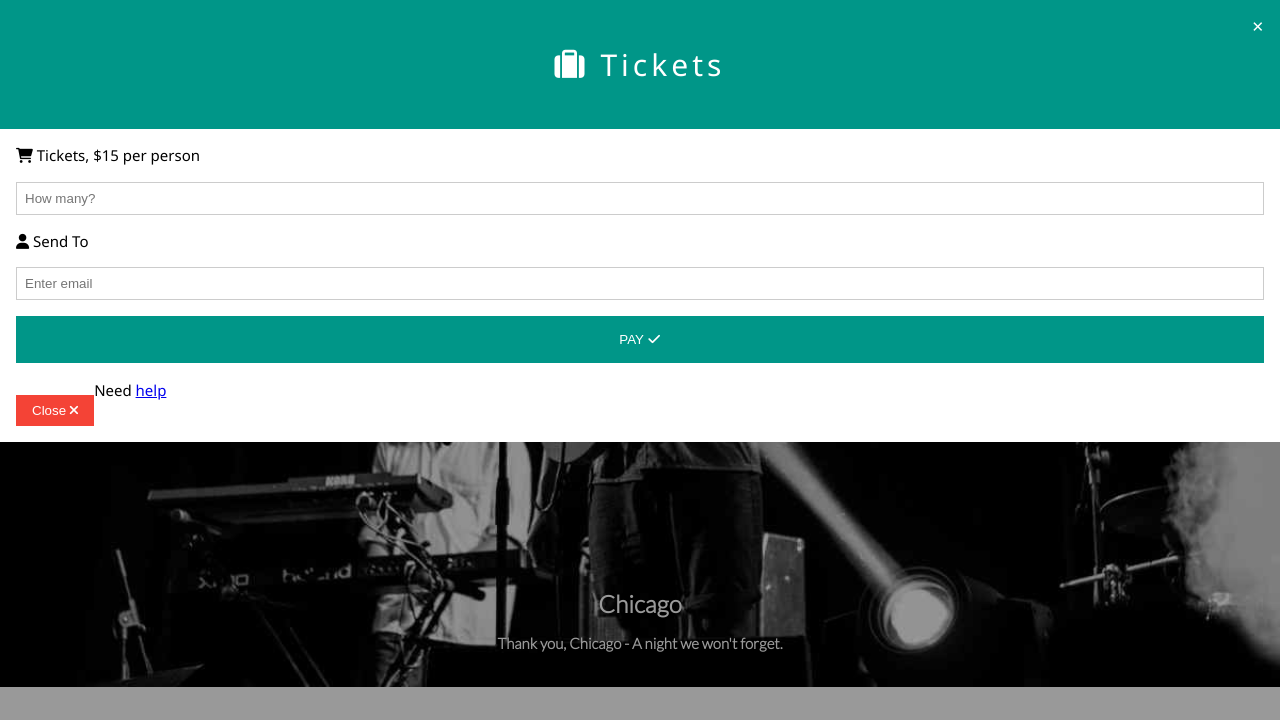
Repository: vanmanhAI/project-03-w3
Page: index.html
The author's editor kept a copy of each file at every save. The page is drawn from the files as they stood at one save, then again after the next save.
The browser window is 1280 px wide. The pictures show the window.
A layer covers the whole window, so only the first screen is drawn. Some web libraries are served in a nearby version.

Above is the page before, as saved 2022-07-11 16:49:17.

### index.html
<!DOCTYPE html>
<html lang="en">
<head>
    <meta charset="UTF-8">
    <meta http-equiv="X-UA-Compatible" content="IE=edge">
    <meta name="viewport" content="width=device-width, initial-scale=1.0">
    <title>Document</title>
    <link rel="stylesheet" href="./assets/css/style.css">
    <!-- icons -->
    <link rel="stylesheet" href="https://cdnjs.cloudflare.com/ajax/libs/font-awesome/6.1.1/css/all.min.css" integrity="sha512-KfkfwYDsLkIlwQp6LFnl8zNdLGxu9YAA1QvwINks4PhcElQSvqcyVLLD9aMhXd13uQjoXtEKNosOWaZqXgel0g==" crossorigin="anonymous" referrerpolicy="no-referrer" />
    <!-- font -->
    <link rel="preconnect" href="https://fonts.googleapis.com">
<link rel="preconnect" href="https://fonts.gstatic.com" crossorigin>
<link href="https://fonts.googleapis.com/css2?family=Lato:wght@300&display=swap" rel="stylesheet">
</head>
<body>
    <div id="main">
        <div id="header">
            <ul id="nav">
                <li><a href="#">home</a></li>
                <li><a href="#content-band">band</a></li>
                <li><a href="#content-tour">tour</a></li>
                <li><a href="#">contact</a></li>
                <li>
                    <a href="#">
                        more
                        <i class="fa-solid fa-caret-down subnav-caret"></i>
                    </a>
                    <ul class="subnav">
                        <li><a href="#">merchandise</a></li>
                        <li><a href="#">extras</a></li>
                        <li><a href="#">media</a></li>
                    </ul>
                </li>
            </ul>
            <i class="fa-solid fa-magnifying-glass header-search"></i>
        </div>

        <div id="slider">
            <div class="slider-desc">
                <h3 class="slider-name">chicago</h3>
                <b class="slider-content">Thank you, Chicago - A night we won't forget.</b>
            </div>
        </div>

        <div id="content">
            <div class="content-section" id="content-band">
                <h3 class="section-heading" >the band</h3>
                <p class="section-sub-heading">We love music</p>
                <p class="about">We have created a fictional band website. Lorem ipsum dolor sit amet, consectetur adipiscing elit, sed do eiusmod tempor incididunt ut labore et dolore magna aliqua. Ut enim ad minim veniam, quis nostrud exercitation ullamco laboris nisi ut aliquip ex ea commodo consequat. Duis aute irure dolor in reprehenderit in voluptate velit esse cillum dolore eu fugiat nulla pariatur. Excepteur sint occaecat cupidatat non proident, sunt in culpa qui officia deserunt mollit anim id est laborum consectetur adipiscing elit, sed do eiusmod tempor incididunt ut labore et dolore magna aliqua. Ut enim ad minim veniam, quis nostrud exercitation ullamco laboris nisi ut aliquip ex ea commodo consequat.</p>
                <div class="members-list">
                    <div class="member-item">
                        <p class="member-name">name</p>
                        <img src="./assets/img/Band/member1.jpg" alt="name" class="member-img">
                    </div>
                    <div class="member-item">
                        <p class="member-name">name</p>
                        <img src="./assets/img/Band/member1.jpg" alt="name" class="member-img">
                    </div>
                    <div class="member-item">
                        <p class="member-name">name</p>
                        <img src="./assets/img/Band/member1.jpg" alt="name" class="member-img">
                    </div>
                </div>
            </div>
            <div class="tour-section">
                <div class="content-section" id="content-tour">
                    <h3 class="section-heading text-white">tour dates</h3>
                    <p class="section-sub-heading text-white">Remember to book your tickets!</p>
                    <br>
                    <ul class="tickets-list">
                        <li>September <span class="sold-out">Sod out</span></li>
                        <li>October <span class="sold-out">Sold out</span></li>
                        <li>November <span class="quantity">3</span></li>
                    </ul>
                    <div class="places-list">
                        <div class="place-item">
                            <img src="./assets/img/Places/newyork.jpg" alt="New York" class="place-img">
                            <div class="place-body">
                                <h4 class="place-heading">new york</h4>
                                <p class="place-time">Fri 27 Nov 2016</p>
                                <p class="place-desc">Praesent tincidunt sed tellus ut rutrum sed vitae justo.</p>
                                <a href="#" class="place-buy-btn">Buy Tickets</a>
                            </div>
                        </div>
                        <div class="place-item">
                            <img src="./assets/img/Places/paris.jpg" alt="Paris" class="place-img">
                            <div class="place-body">
                                <h4 class="place-heading">paris</h4>
                                <p class="place-time">Sat 28 Nov 2016</p>
                                <p class="place-desc">Praesent tincidunt sed tellus ut rutrum sed vitae justo.</p>
                                <a href="#" class="place-buy-btn">Buy Tickets</a>
                            </div>
                        </div>
                        <div class="place-item">
                            <img src="./assets/img/Places/sanfran.jpg" alt="San Francisco" class="place-img">
                            <div class="place-body">
                                <h4 class="place-heading">san francisco</h4>
                                <p class="place-time">Sun 29 Nov 2016</p>
                                <p class="place-desc">Praesent tincidunt sed tellus ut rutrum sed vitae justo.</p>
                                <a href="#" class="place-buy-btn">Buy Tickets</a>
                            </div>
                        </div>
                    </div>
                </div>
            </div>
            <div class="content-section">
                <h3 class="section-heading">contact</h3>
                <p class="section-sub-heading">Fan? Drop a note!</p>
            </div>
        </div>
        <div id="footer"></div>
    </div>
    <div class="modal">
        <div class="modal-container">
            <div class="modal-header">
                <span class="modal-close">✕</span>
                <h3 class="modal-heading">
                    <i class="fa-solid fa-suitcase modal-bag"></i>
                    Tickets
                </h3>
            </div>
            <div class="modal-body">
                <label for="" class="modal-label">
                    <i class="fa-solid fa-cart-shopping modal-shopping"></i>
                    Tickets, $15 per person
                </label>
                <input type="text" name="" id="" placeholder="How many?" class="modal-input">
                <label for="" class="modal-label">
                    <i class="fa-solid fa-user modal-user"></i>
                    Send To
                </label>
                <input type="text" name="" id="" placeholder="Enter email" class="modal-input">
                <button class="modal-btn-pay">
                    PAY
                    <i class="fa-solid fa-check modal-check"></i>
                </button>
                <button class="modal-btn-close">
                    Close
                    <i class="fa-solid fa-xmark modal-xmark"></i>
                </button>
                <p class="modal-assit">
                    Need
                    <a href="#" class="modal-help">help</a>
                </p>
            </div>
        </div>
    </div>
</body>
</html>

### assets/css/style.css
* {
    padding: 0;
    margin: 0;
    box-sizing: border-box;
}
html {
    font-size: 62.5%;
}
:root {
    --lineheight-nav: 2.25rem;
    --padding-nav: 1.2rem;
}
.text-white {
    color: #fff;
}
#main {

}
#header {
    position: fixed;
    z-index: 1;
    top: 0;
    left: 0;
    right: 0;
    background: #000;
    font-size: 1.5rem;
    font-family: 'Lato', sans-serif;
    font-weight: bold;
    line-height: var(--lineheight-nav);
}
#header:after {
    content: "";
    display: block;
    clear: both;
}
#header .header-search {
    color: #fff;
    display: block;
    float: right;
    padding: var(--padding-nav) 2.4rem;
    line-height: var(--lineheight-nav);
    cursor: pointer;
}
#header .header-search:hover {
    background: #f44336
}
#header #nav>li {
    position: relative;
    text-align: center;
    cursor: pointer;
    float: left;
}
#header #nav>li>a {
    display: block;
    padding: var(--padding-nav) 2.4rem;
}
#header #nav>li:last-child:hover .subnav {
    width: 16rem;
}
#header #nav li:hover {
    background: #ccc;
}
#header #nav>li:hover>a {
    color: #000;
}
#nav li {
    list-style-type: none;
    position: relative;
}
#nav li .subnav-caret {
    text-transform: none;
    text-align: center;
}
#nav li a {
    color: #fff;
    text-decoration: none;
    text-transform: uppercase;
}
#nav .subnav {
    position: absolute;
    width: 0;
    overflow: hidden;
    top: 100%;
    left: 0;
    background: #fff;
    color: #000;
    box-shadow: 0 0 4px 0 #ccc;
    transition: width 0.3s linear;
}
#nav .subnav li {
    padding: 0.8rem 1.6rem;
    text-align: left;
    min-width: 16rem;
}
#nav .subnav li a {
    color: #000;
    text-transform: capitalize;
}
#slider {
    position: relative;
    margin-top: calc(var(--lineheight-nav) + 2*var(--padding-nav));
    background: #ccc;
    padding-top: 50%;
    max-height: 100vh;
    background: url('/assets/img/sliders/chicago.jpg') top/cover no-repeat
}
.slider-desc{
    position: absolute;
    bottom: 0;
    left: 50%;
    transform: translatex(-50%);
    color: #fff;
    padding: 3.2rem 1.6rem;
    text-align: center;
    font-size: 1.5rem;
    font-family: 'Lato', sans-serif;

}
.slider-name{
    text-transform: capitalize;
    font-size: 2.4rem;
    line-height: 3.6rem;
    margin: 1rem 0;
}
.slider-content{
    line-height: 1.5;
    font-size: 1.5rem;
}
#content {
    line-height: 1.5;
}
#content .content-section {
    max-width: 80rem;
    margin: 0 auto;
    padding: 6.4rem 1.6rem;
    font-size: 1.5rem;
    font-family: 'Lato', sans-serif;
}
#content .section-heading {
    font-size: 3rem;
    text-transform: uppercase;
    line-height: 4.5rem;
    margin: 1rem 0;
    text-align: center;
    letter-spacing: 0.4rem;
    font-family: "Segoe UI",Arial,sans-serif;
    font-weight: 400;
}
#content .section-sub-heading {
    text-align: center;
    font-style: italic;
    font-weight: 100;
    margin: 1.5rem 0;
}
#content .content-section .about {
    text-align: justify;
    font-weight: bold;
    margin: 1.5rem 0;
    word-spacing: 0.1rem;
}
#content .members-list {
    padding: 3.2rem 0;
    text-align: center;
}
#content .members-list:after {
    content: "";
    display: block;
    clear: both;
}
#content .member-item{
    float: left;
    width: calc(100%/3);
}
#content .members-list .member-name {
    margin: 1.5rem 0;
    text-transform: capitalize;
    font-weight: bold;
}
#content .members-list .member-img{
    width: 60%;
    border-radius: 0.4rem;
    margin: 0 0 1.6rem;
}
#content .tour-section {
    background: #000;
}
#content .tour-section .tickets-list {
    background: #fff;
    list-style-type: none;
}
#content .tickets-list li {
    padding: 0.8rem 1.6rem;
}
#content .tickets-list .sold-out {
    display: inline-block;
    padding: 0 0.8rem;
    color: #fff;
    background: #f44336;
    margin-left: 1.6rem;
    text-align: center;
    font-weight: bold;
}
#content .tickets-list .quantity {
    display: block;
    padding: 0 0.8rem;
    background: #000;
    color: #fff;
    border-radius: 50%;
    float: right;
    margin-right: 1.6rem;
}
#content .places-list {
    padding: 3.2rem 0.8rem;
    margin: 0 -1.6rem;
}
#content .places-list:after {
    content: "";
    display: block;
    clear: both;
}
#content .places-list .place-item {
    width: calc(100%/3);
    float: left;
    padding: 0 0.8rem 1.6rem;
}
#content .places-list .place-img {
    width: 100%;
    vertical-align: middle;
}
#content .places-list .place-img:hover {
    opacity: 0.6;
}
#content .places-list .place-body{
    background: #fff;
    padding: 0.015rem 1.6rem;
}
#content .places-list .place-heading{
    margin: 1.5rem 0;
    text-transform: capitalize;
    font-weight: 700;
}
#content .places-list .place-time{
    margin: 1.5rem 0;
}
#content .places-list .place-desc{
    margin: 1.5rem 0;
    font-weight: bold;
}
#content .places-list .place-buy-btn{
    display: inline-block;
    padding: 0.8rem 1.6rem;
    text-decoration: none;
    background: #000;
    color: #fff;
    margin-bottom: 1.6rem;
    font-weight: bold;
}
#content .places-list .place-buy-btn:hover {
    background: #ccc;
    color: #000;
}
.modal {
    position: fixed;
    z-index: 3;
    top: 0;
    left: 0;
    right: 0;
    bottom: 0;
    background: rgba(0, 0, 0, 0.4);
    font-size: 1.5rem;
    font-family: "Segoe UI",Arial,sans-serif;
    line-height: 2.25rem;
}
.modal-container {

}
.modal .modal-container .modal-header {
    position: relative;
    color: #fff;
    background: #009688;
    text-align: center;
    padding: 3.2rem 1.6rem;
}
.modal .modal-header .modal-close {
    position: absolute;
    top: 0;
    right: 0;
    line-height: 3.6rem;
    padding: 0.8rem 1.6rem;
}
.modal .modal-header .modal-close:hover {
    background: #ccc;
    color: #000;
}
.modal .modal-header .modal-heading {
    font-weight: 400;
    font-size: 3rem;
    line-height: 4.5rem;
    margin: 1rem 0;
    letter-spacing: 0.4rem;
}
.modal-bag {

}
.modal .modal-container .modal-body {
    padding: 0.015rem 1.6rem;
    background: #fff;
}
.modal-container .modal-body:after {
    content: "";
    display: block;
    clear: both;
}
.modal .modal-body .modal-label {
    display: block;
    margin: 1.5rem 0;
}
.modal-shopping {

}
.modal .modal-body .modal-input {
    display: block;
    width: 100%;
    border: 1px solid #ccc;
    padding: 8px;;
}
.modal-user {

}
.modal .modal-container .modal-btn-pay {
    display: block;
    width: 100%;
    border: none;
    margin: 1.6rem 0;
    padding: 1.6rem;
    background: #009688;
    color: #fff;
    text-align: center;
}
.modal .modal-container .modal-btn-close {
    border: none;
    margin: 1.6rem 0;
    padding: 0.8rem 1.6rem;
    float: left;
    background: #f44336;
    color: #fff;
}
.modal-xmark {

}
.modal .modal-container .modal-assit {

}
.modal-help {

}
.footer {

}

After the next save:
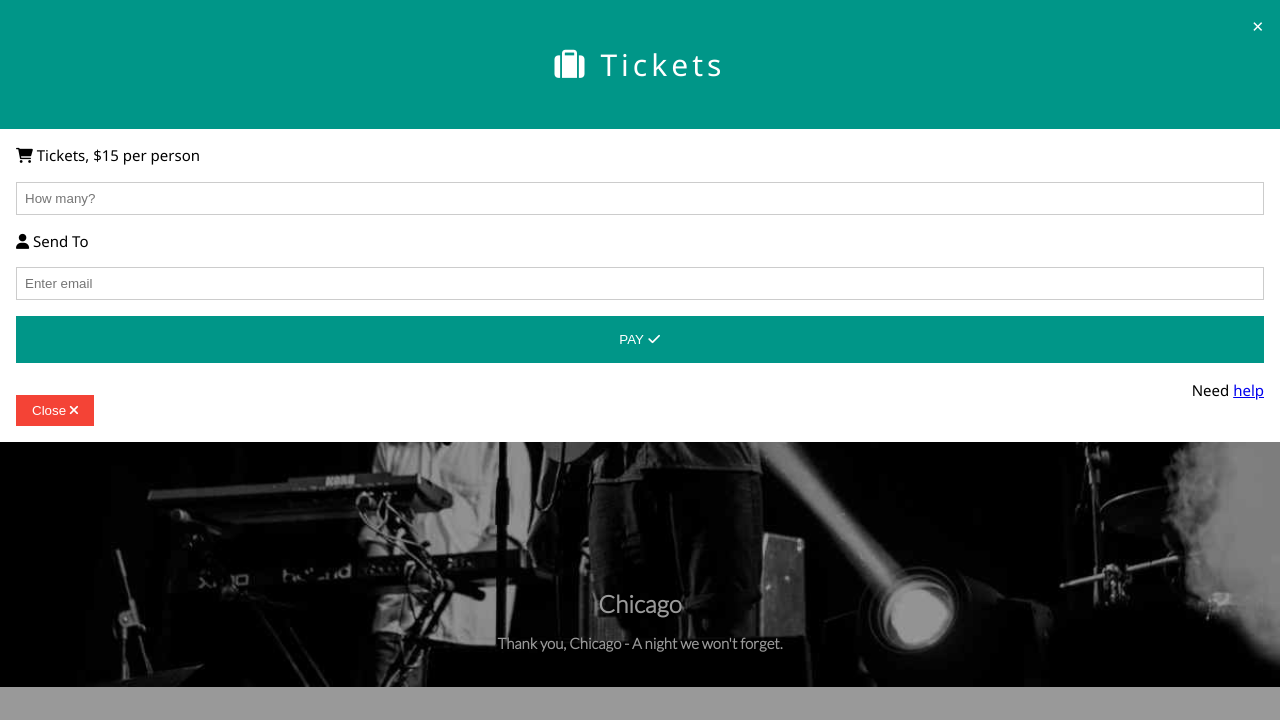
Saved 7 s later.
--- a/assets/css/style.css
+++ b/assets/css/style.css
@@ -349,7 +349,7 @@ html {
 
 }
 .modal .modal-container .modal-assit {
-
+    float: right;
 }
 .modal-help {
 
